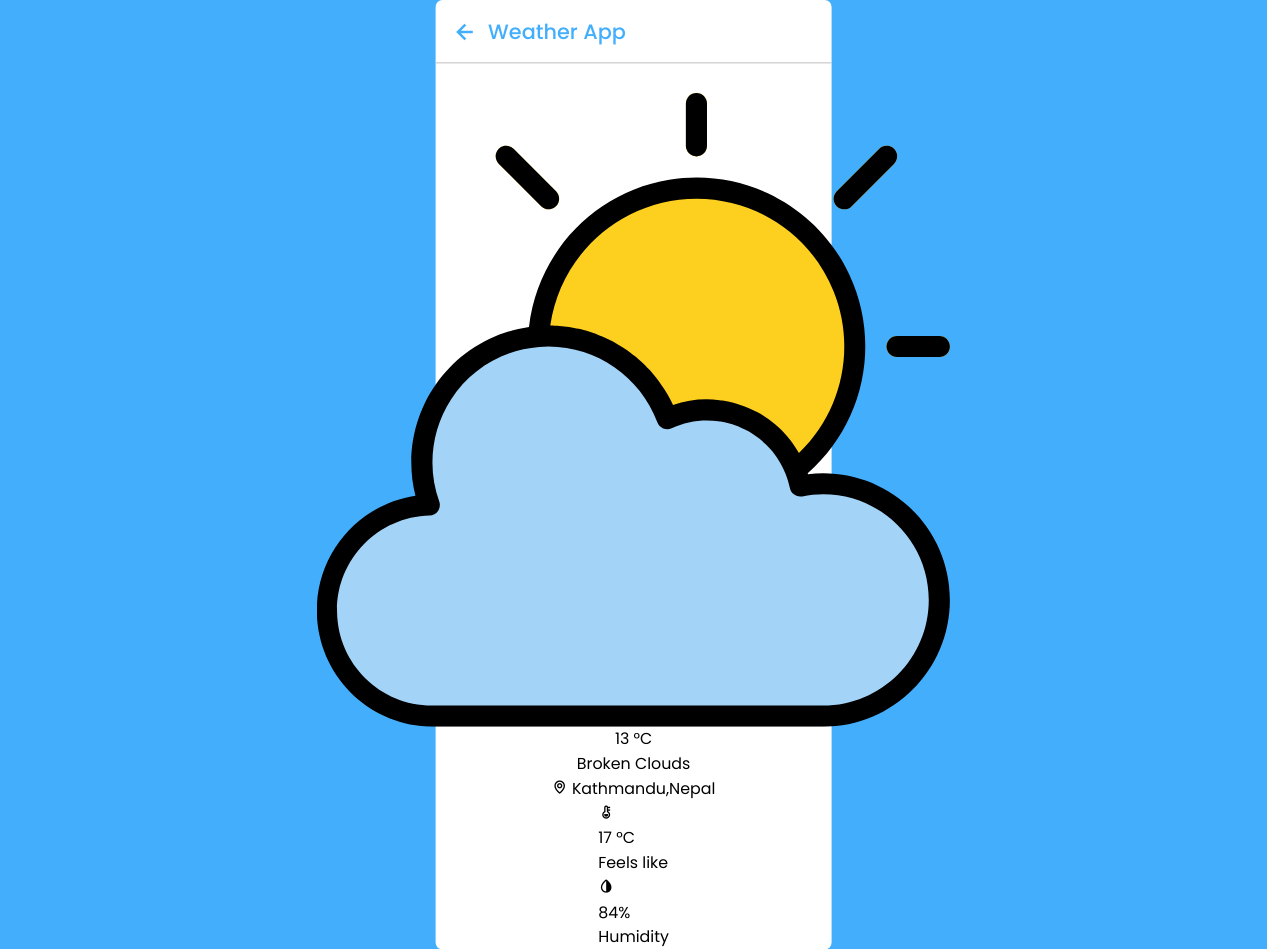
Repository: long13820/Weather-App-HTML-CSS-Javascript
Page: index.html
An editor plug-in stored every save of this project. The page is shown before and after the next save, followed by the edit.
The browser window is 1280 px wide. The pictures show the whole page, at 99% of full size.

Above is the page before, as saved 2021-09-02 11:25:51.

### index.html
<!DOCTYPE html>
<html lang="en">
<head>
    <meta charset="UTF-8">
    <meta http-equiv="X-UA-Compatible" content="IE=edge">
    <meta name="viewport" content="width=device-width, initial-scale=1.0">
    <title>Weather App</title>
    <link rel="stylesheet" href="style.css">

    <!--Linking Boxicon For Icon-->
    <link rel="stylesheet" href='https://unpkg.com/boxicons@2.0.9/css/boxicons.min.css' >


</head>
<body>
    <div class="wrapper">
        <header>
            <i class="bx bx-left-arrow-alt"></i>
            Weather App
        </header>
        <section class="input-part">
            <p class="info-txt pending">Please enter a valid city name</p>
            <input type="text" placeholder="Enter city name" spellcheck="false" required>
            <div class="separator"></div>
            <button>Get Device Location</button>
        </section>
        <section class="weather-part">
            <img src="/Weather Icons/cloud.svg" alt="Weather Icon">
            <div class="temp">
                <span class="numb">13</span>
                <span class="deg">°</span>C
            </div>
            <div class="weather">Broken Clouds</div>
            <div class="location">
                <i class="bx bx-map"></i>
                <span>Kathmandu,Nepal</span>
            </div>
            <div class="bottom-details">
                <div class="column feels">
                    <i class="bx bxs-thermometer"></i>
                    <div class="details">
                        <div class="temp">
                            <span class="numb">17</span>
                            <span class="deg">°</span>C
                        </div>
                        <p>Feels like</p>
                    </div>
                </div>
                <div class="column humidity">
                    <i class="bx bxs-droplet-half"></i>
                    <div class="details">
                        <span class="numb">84%</span>
                        <p>Humidity</p>
                    </div>
                </div>
            </div>
        </section>
    </div>
</body>
</html>

### style.css
/*Import Google Font - Poppins*/
@import url('https://fonts.googleapis.com/css2?family=Poppins:wght@400;500;600;700&display=swap');
*{
    margin: 0;
    padding: 0;
    box-sizing: border-box;
    font-family: 'Poppins', sans-serif;
}
body{
    display: flex;
    align-items: center;
    justify-content: center;
    min-height: 100vh;
    background: #43AFFC;
}
.wrapper{
    width: 400px;
    border-radius: 7px;
    background: white;
}
.wrapper header{
    color: #43AFFC;
    font-size: 21px;
    font-weight: 500;
    padding: 16px 15px;
    display: flex;
    align-items: center;
    border-bottom: 1px solid #bfbfbf;

}
header i{
    cursor: pointer;
    font-size: 30px;
    margin-right: 8px;
}
.wrapper .input-part{
    display: none;
    margin: 20px 25px 30px;
}
.input-part .info-txt{
    display: none;
    font-size: 17px;
    text-align: center;
    padding: 12px 7px;
    border-radius: 7px;
    margin-bottom: 15px;
}
.info-txt.error{
    display: block;
    color: #721c24;
    background: #f8d7da;
    border: 1px solid #f5c6cb;
}
.info-txt.pending{
    display: block;
    color: #0c5460;
    background: #d1ecf1;
    border: 1px solid #bee5eb;
}
.input-part :where(input, button){
    width: 100%;
    height: 55px;
    border: none;
    outline: none;
    font-size: 18px;
    border-radius: 7px;
}
.input-part input{
    text-align: center;
    border: 1px solid #bfbfbf;
}
.input-part input:is(:focus,:valid){

}
.input-part .separator{
    height: 1px;
    width: 100%;
    margin: 25px 0px;
    background: #ccc;
    display: flex;
    align-items: center;
    justify-content: center;
}
.separator::before{
    content: "or";
    background-color: white;
    font-size: 19px;
    padding: 0px 15px;
    background: #fff;
}
.input-part button{
    color: white;
    cursor: pointer;
    background: #43AFFC;
}

.wrapper .weather-part{
    margin: 30px 0 0;
    display: flex;
    align-items: center;
    justify-content: center;
    flex-direction: column;
}
.weather-part img{
    m
}

After the next save:
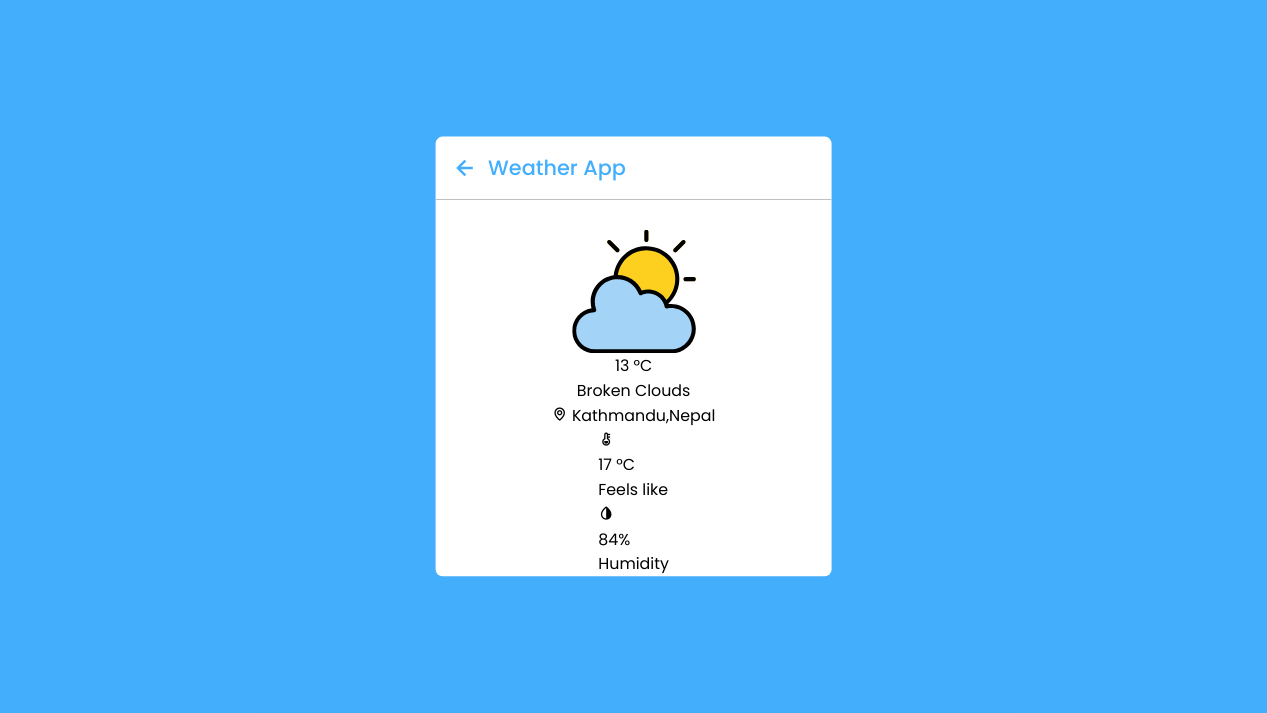
Saved 4 s later.
--- a/style.css
+++ b/style.css
@@ -102,5 +102,5 @@ header i{
     flex-direction: column;
 }
 .weather-part img{
-    m
+    max-width: 125px;
 }
